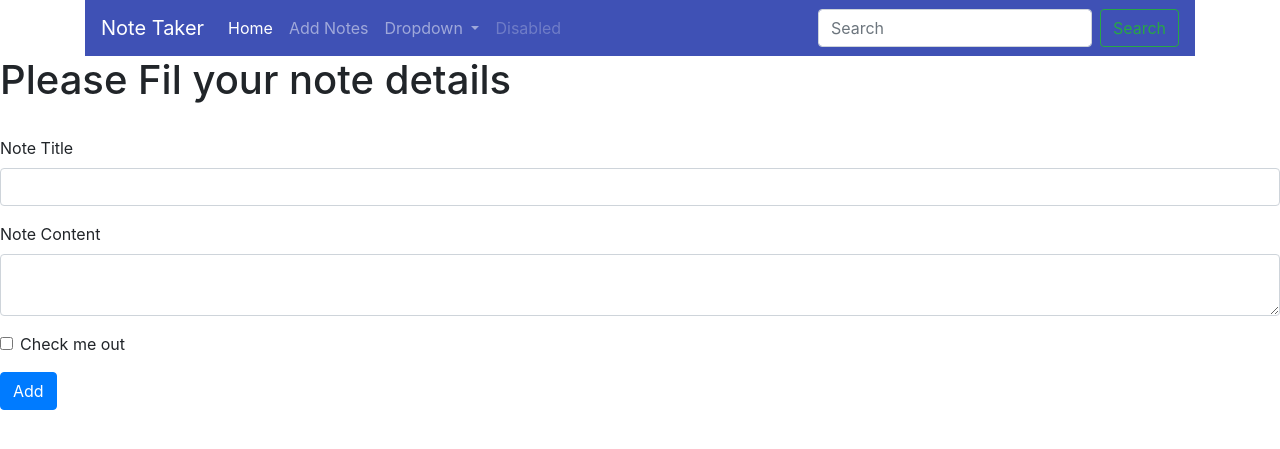
Repository: SudarshanSarnaik/Note_Taker
Page: http://localhost/NoteTaker/add_notes.jsp
These files come from the project's save history. The page is drawn as it stood at one moment and after the next save; the edit follows.
The browser window is 1280 px wide. The pictures show the whole page.
The page is served by Tomcat 9. Other server files are loaded and not shown.

Above is the page before, as saved 2025-01-28 05:32:38.

### NoteTaker/src/main/webapp/add_notes.jsp

<%@ page language="java" contentType="text/html; charset=UTF-8"
	pageEncoding="UTF-8"%>
<!DOCTYPE html>
<html>
<head>
<meta charset="UTF-8">
<!-- Bootstrap CSS -->
<link rel="stylesheet"
	href="https://cdn.jsdelivr.net/npm/bootstrap@4.4.1/dist/css/bootstrap.min.css"
	integrity="sha384-Vkoo8x4CGsO3+Hhxv8T/Q5PaXtkKtu6ug5TOeNV6gBiFeWPGFN9MuhOf23Q9Ifjh"
	crossorigin="anonymous">
<link href="css/style.css" rel="stylesheet" />
<title>Add Notes</title>
</head>
<body>

	<div class="container">
		<%@ include file="navbar.jsp"%>


	</div>

	<h1>Please Fil your note details</h1>
	<br>


	<form action="SaveNoteServlet" method="post">
		<div class="mb-3">
			<label for="title" class="form-label">Note Title</label>
			<input type="text" class="form-control"
				id="title" aria-describedby="emailHelp">

		</div>

		<div class="mb-3">
			<label for="content" class="form-label">Note Content</label>
			<textarea style="hight:300px;" class="form-control"
				id="content">
				</textarea>
		</div>
		<div class="mb-3 form-check">
			<input type="checkbox" class="form-check-input" id="exampleCheck1">
			<label class="form-check-label" for="exampleCheck1">Check me
				out</label>
		</div>
		<button type="submit" class="btn btn-primary">Add</button>
	</form>

	<!-- form -->

	<!-- Optional JavaScript -->
	<!-- jQuery first, then Popper.js, then Bootstrap JS -->
	<script src="https://code.jquery.com/jquery-3.4.1.slim.min.js"
		integrity="sha384-J6qa4849blE2+poT4WnyKhv5vZF5SrPo0iEjwBvKU7imGFAV0wwj1yYfoRSJoZ+n"
		crossorigin="anonymous"></script>
	<script
		src="https://cdn.jsdelivr.net/npm/popper.js@1.16.0/dist/umd/popper.min.js"
		integrity="sha384-Q6E9RHvbIyZFJoft+2mJbHaEWldlvI9IOYy5n3zV9zzTtmI3UksdQRVvoxMfooAo"
		crossorigin="anonymous"></script>
	<script
		src="https://cdn.jsdelivr.net/npm/bootstrap@4.4.1/dist/js/bootstrap.min.js"
		integrity="sha384-wfSDF2E50Y2D1uUdj0O3uMBJnjuUD4Ih7YwaYd1iqfktj0Uod8GCExl3Og8ifwB6"
		crossorigin="anonymous"></script>
</body>
</html>

### NoteTaker/src/main/webapp/navbar.jsp
<nav class="navbar navbar-expand-lg navbar-dark purple">
  <a class="navbar-brand" href="index.jsp">Note Taker</a>
  <button class="navbar-toggler" type="button" data-toggle="collapse" data-target="#navbarSupportedContent" aria-controls="navbarSupportedContent" aria-expanded="false" aria-label="Toggle navigation">
    <span class="navbar-toggler-icon"></span>
  </button>

  <div class="collapse navbar-collapse" id="navbarSupportedContent">
    <ul class="navbar-nav mr-auto">
      <li class="nav-item active">
        <a class="nav-link" href="index.jsp">Home <span class="sr-only">(current)</span></a>
      </li>
      <li class="nav-item">
        <a class="nav-link" href="add_notes.jsp">Add Notes</a>
      </li>
      <li class="nav-item dropdown">
        <a class="nav-link dropdown-toggle" href="#" id="navbarDropdown" role="button" data-toggle="dropdown" aria-haspopup="true" aria-expanded="false">
          Dropdown
        </a>
        <div class="dropdown-menu" aria-labelledby="navbarDropdown">
          <a class="dropdown-item" href="#">Action</a>
          <a class="dropdown-item" href="#">Another action</a>
          <div class="dropdown-divider"></div>
          <a class="dropdown-item" href="#">Something else here</a>
        </div>
      </li>
      <li class="nav-item">
        <a class="nav-link disabled" href="#">Disabled</a>
      </li>
    </ul>
    <form class="form-inline my-2 my-lg-0">
      <input class="form-control mr-sm-2" type="search" placeholder="Search" aria-label="Search">
      <button class="btn btn-outline-success my-2 my-sm-0" type="submit">Search</button>
    </form>
  </div>
</nav>

### NoteTaker/src/main/webapp/css/style.css

.purple{
	background: #3f51b5;

}

After the next save:
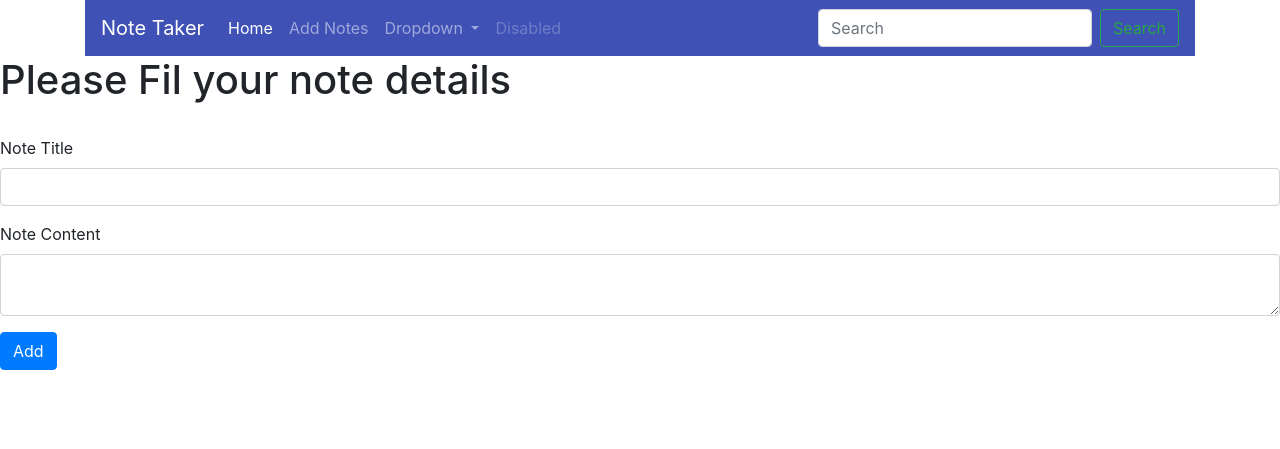
Saved 20 s later.
--- a/NoteTaker/src/main/webapp/add_notes.jsp
+++ b/NoteTaker/src/main/webapp/add_notes.jsp
@@ -39,11 +39,7 @@
 				id="content">
 				</textarea>
 		</div>
-		<div class="mb-3 form-check">
-			<input type="checkbox" class="form-check-input" id="exampleCheck1">
-			<label class="form-check-label" for="exampleCheck1">Check me
-				out</label>
-		</div>
+
 		<button type="submit" class="btn btn-primary">Add</button>
 	</form>
 
